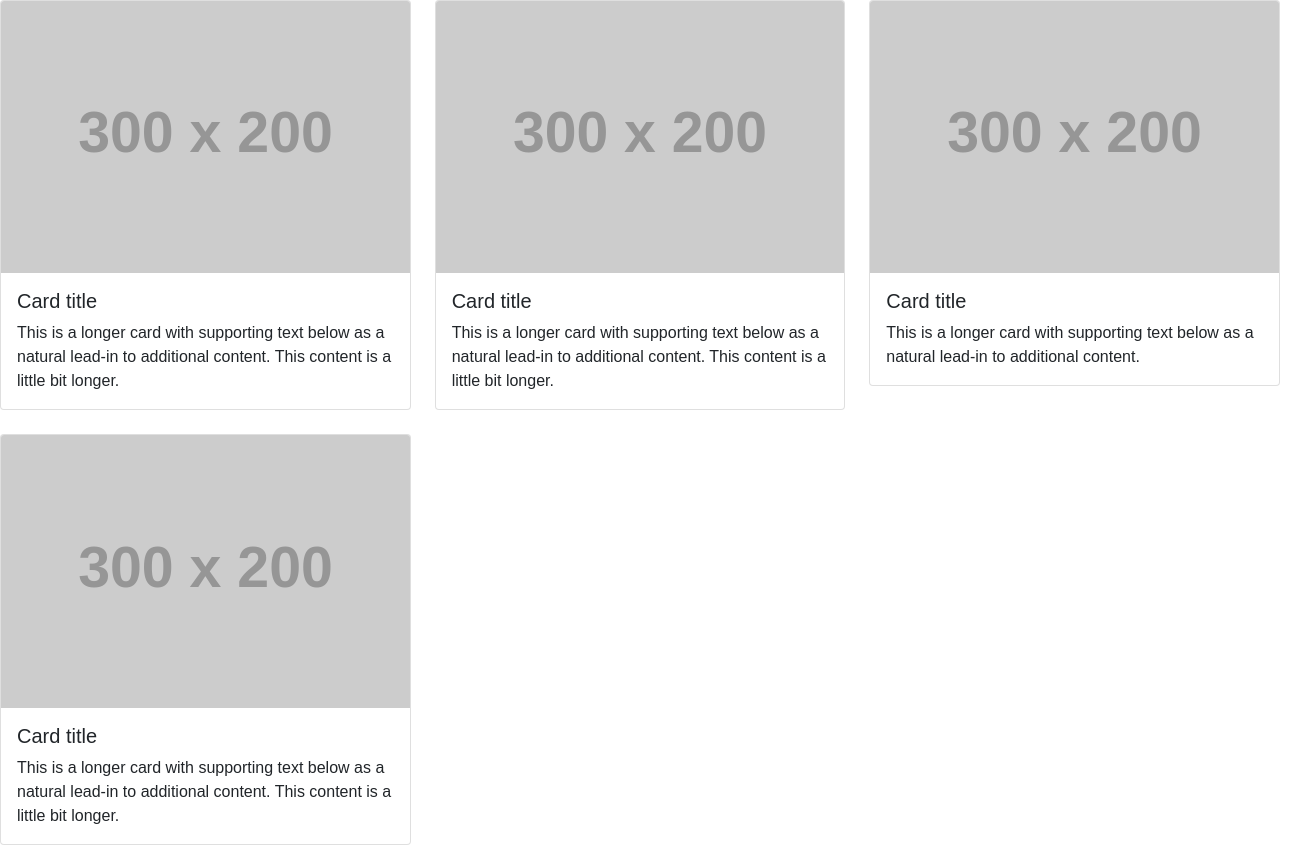
Repository: sinayaka-body/sparta
Page: frontend/bootstrap.html
The author's editor kept a copy of each file at every save. The page is drawn from the files as they stood at one save, then again after the next save.
The browser window is 1280 px wide. The page is 1292 px wide, so the pictures cover 1292 px, including what lies to the right of the window. The pictures show the part of the page from y = 250 to 1095 px (the page is 1095 px tall before and 720 px after).
Some web fonts or font styles are not loaded; a fallback is used.

Above is the page before, as saved 2023-04-15 16:16:08.

After the next save:
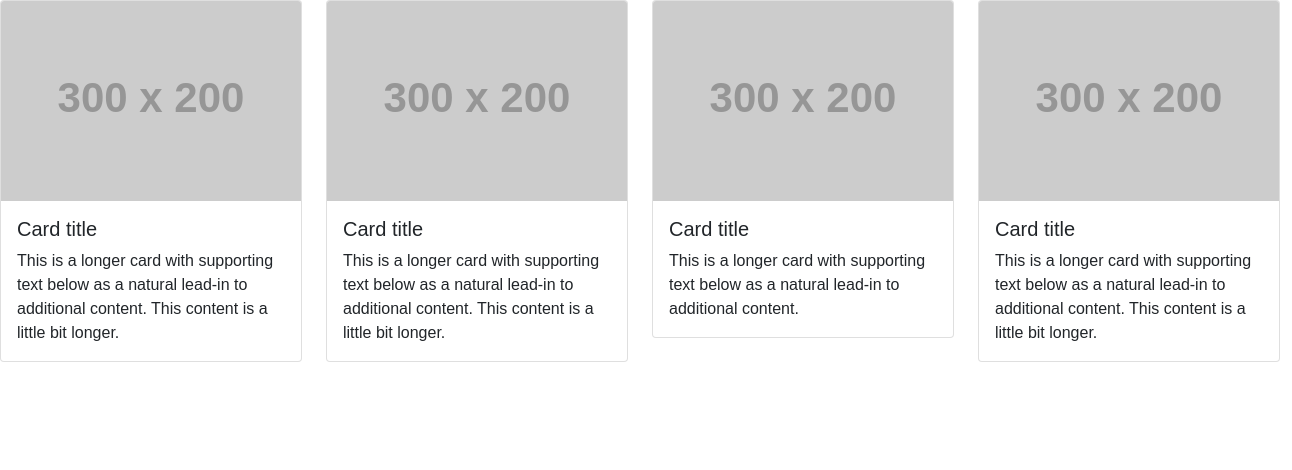
Saved 16 s later.
--- a/frontend/bootstrap.html
+++ b/frontend/bootstrap.html
@@ -58,7 +58,7 @@
       <button>Save a new movie</button>
     </div>
 
-    <div class="row row-cols-1 row-cols-md-3 g-4">
+    <div class="row row-cols-1 row-cols-md-4 g-4">
       <div class="col">
         <div class="card">
           <img src="https://placehold.jp/300x200.png" class="card-img-top" alt="..." />

After the save that followed:
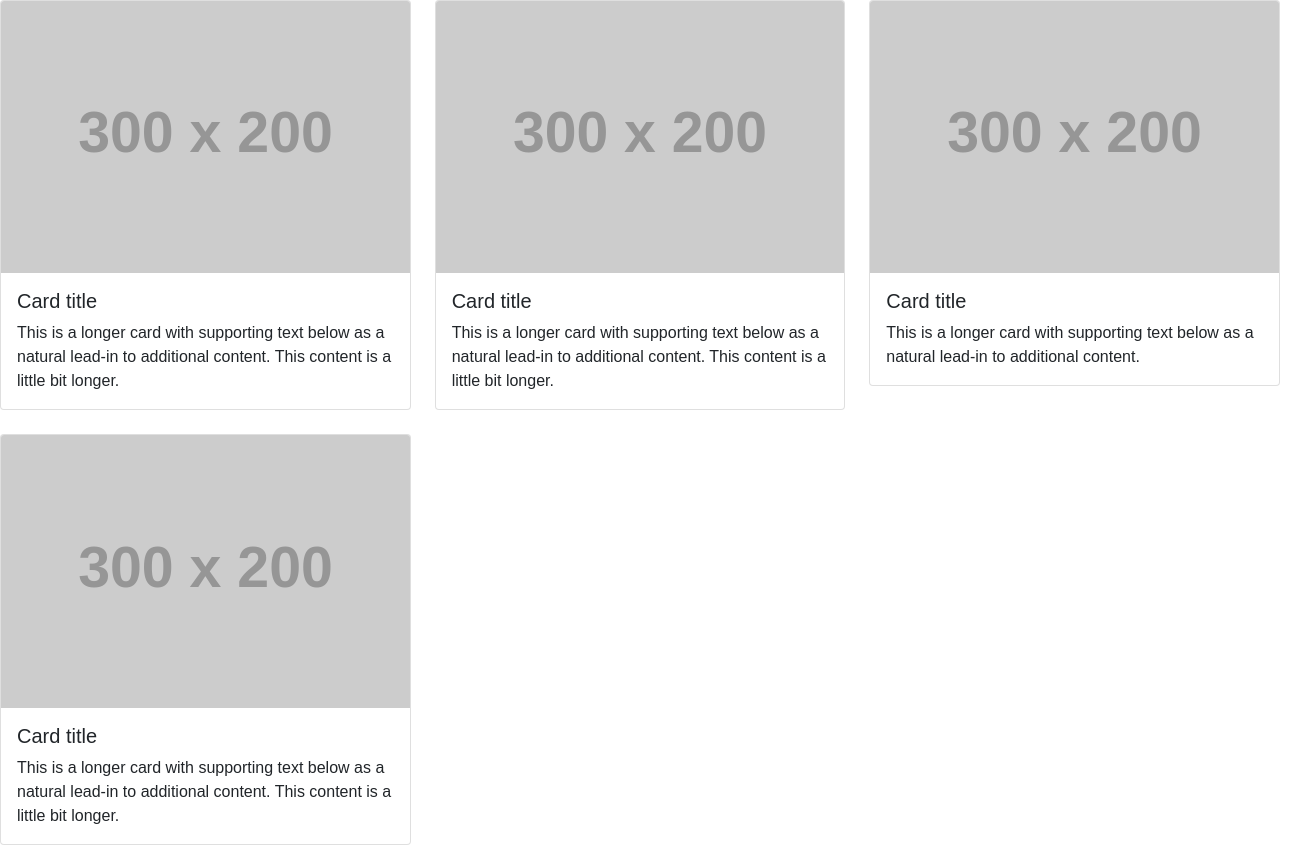
Saved 5 s later.
--- a/frontend/bootstrap.html
+++ b/frontend/bootstrap.html
@@ -58,7 +58,7 @@
       <button>Save a new movie</button>
     </div>
 
-    <div class="row row-cols-1 row-cols-md-4 g-4">
+    <div class="row row-cols-1 row-cols-md-3 g-4">
       <div class="col">
         <div class="card">
           <img src="https://placehold.jp/300x200.png" class="card-img-top" alt="..." />
